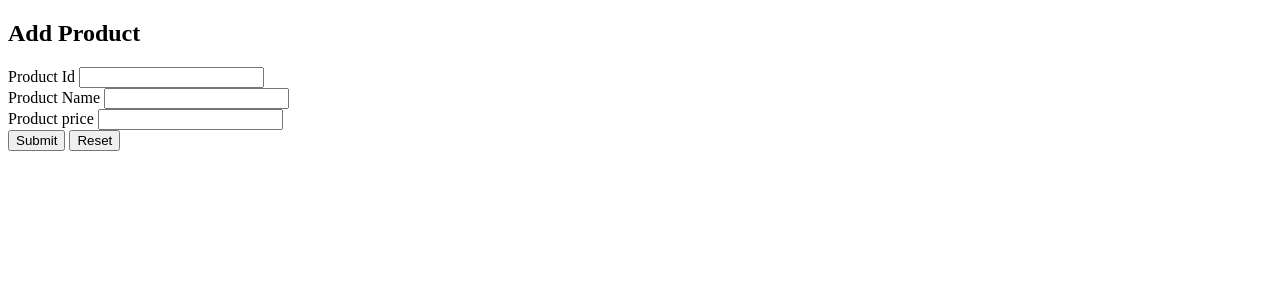
Repository: uaganesh/training
Page: ServletWithHibernate/src/main/webapp/storeProduct.html
These files come from the project's save history. The page is drawn as it stood at one moment and after the next save; the edit follows.
The browser window is 1280 px wide. The pictures show the whole page.

Above is the page before, as saved 2022-08-10 07:07:06.

### ServletWithHibernate/src/main/webapp/storeProduct.html
<!DOCTYPE html>
<html>
<head>
<meta charset="ISO-8859-1">
<title>Insert title here</title>
</head>
<body>
<h2>Add Product</h2>
<form action="ProductStoreController" method="post">
<label>Product Id</label>
<input type="number" name="pid"></br>
<label>Product Name</label>
<input type="text" name="pname"></br>
<label>Product price</label>
<input type="text" name="price"></br>
<input type="submit" value="Submit">
<input type="reset">
</form>

</body>
</html>

After the next save:
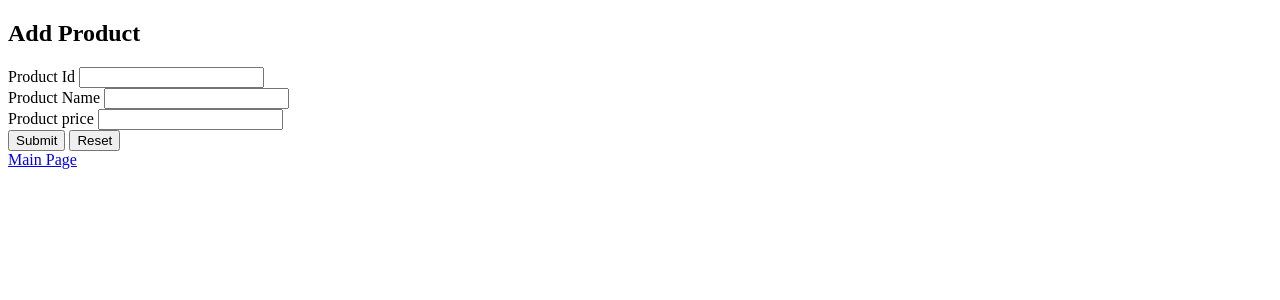
Saved 6 min 3 s later.
--- a/ServletWithHibernate/src/main/webapp/storeProduct.html
+++ b/ServletWithHibernate/src/main/webapp/storeProduct.html
@@ -16,6 +16,6 @@
 <input type="submit" value="Submit">
 <input type="reset">
 </form>
-
+<a  href="index.html">Main Page</a>
 </body>
 </html>
